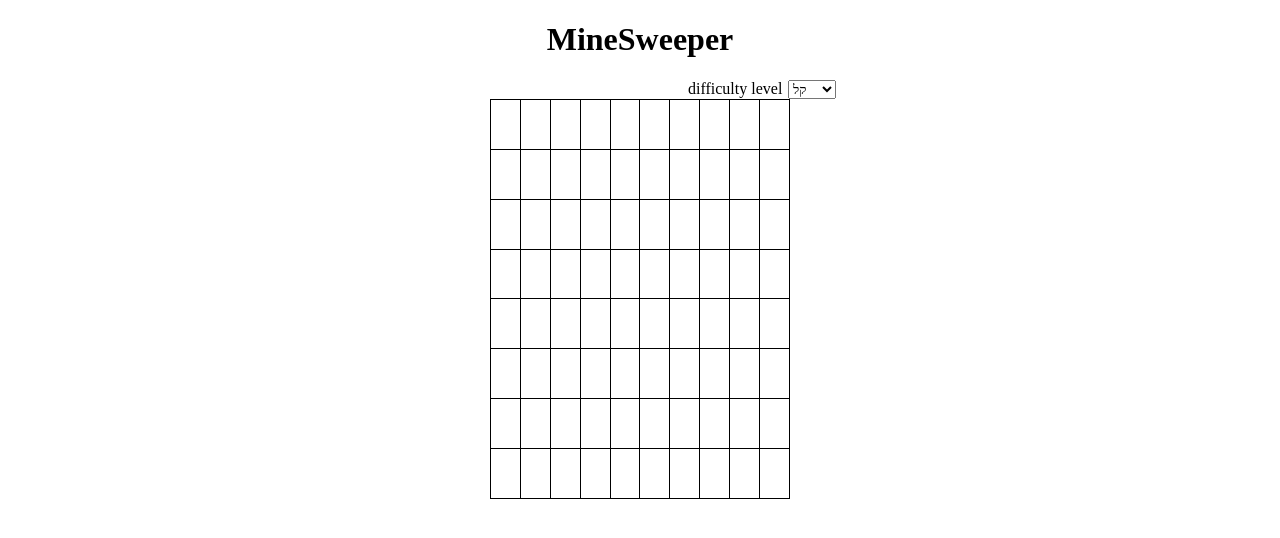
Repository: issaRan/MineSweeper
Page: html/index.html
These files come from the project's save history. The page is drawn as it stood at one moment and after the next save; the edit follows.
The browser window is 1280 px wide. The pictures show the whole page.

Above is the page before, as saved 2020-10-20 17:47:03.

### html/index.html
<!DOCTYPE html>
<html lang="en">
<head>
    <meta charset="UTF-8">
    <meta name="viewport" content="width=device-width, initial-scale=1.0">
    <title>MineSweeper</title>
    <link rel="stylesheet" href="../css/styles.css">
    <script src="../js/index.js"></script>
</head>
<body>
    <h1>MineSweeper</h1>
    <div>
        <label for="levels">difficulty level</label>
        <select id="level" onchange="initliazeBoard()">
        <option value="easy">קל</option>
        <option value="medium">בינוני</option>
        <option value="hard">קשה</option>
        </select>
    </div>
        <table id="board" class="center" style="height: 400px; width: 300px;">
            <tr>
              <td></td>
              <td></td>
              <td></td>
              <td></td>
              <td></td>
              <td></td>
              <td></td>
              <td></td>
              <td></td>
              <td></td>
            </tr>
            <tr>
              <td></td>
              <td></td>
              <td></td>
              <td></td>
              <td></td>
              <td></td>
              <td></td>
              <td></td>
              <td></td>
              <td></td>
            </tr>
            <tr>
              <td></td>
              <td></td>
              <td></td>
              <td></td>
              <td></td>
              <td></td>
              <td></td>
              <td></td>
              <td></td>
              <td></td>
            </tr>
            <tr>
              <td></td>
              <td></td>
              <td></td>
              <td></td>
              <td></td>
              <td></td>
              <td></td>
              <td></td>
              <td></td>
              <td></td>
            </tr>
            <tr>
              <td></td>
              <td></td>
              <td></td>
              <td></td>
              <td></td>
              <td></td>
              <td></td>
              <td></td>
              <td></td>
              <td></td>
            </tr>
            <tr>
              <td></td>
              <td></td>
              <td></td>
              <td></td>
              <td></td>
              <td></td>
              <td></td>
              <td></td>
              <td></td>
              <td></td>
            </tr>
            <tr>
              <td></td>
              <td></td>
              <td></td>
              <td></td>
              <td></td>
              <td></td>
              <td></td>
              <td></td>
              <td></td>
              <td></td>
            </tr>
            <tr>
              <td></td>
              <td></td>
              <td></td>
              <td></td>
              <td></td>
              <td></td>
              <td></td>
              <td></td>
              <td></td>
              <td></td>
            </tr>
          </table>
</body>
</html>

### css/styles.css
h1{
    text-align: center;
}
select {
    font-family: "Times New Roman", Times, serif;
    margin-left: 780px;
}
label {
    font-family: "Times New Roman", Times, serif;
    position: absolute;
    margin-left: 680px;
}
.center {
    margin-left: auto;
    margin-right: auto;
}
table, th, td {
    border: 1px solid black;
    border-collapse: collapse;
  }

### js/index.js
var BoardSize = {
    row: 0,col:0
}

function initlizeBoardSize(difficulty){
    console.log(difficulty)
    if (difficulty == 'easy'){BoardSize.row = 8,BoardSize.col = 10}
    if (difficulty == 'meduim'){BoardSize.row = 14,BoardSize.col = 18}
    else{BoardSize.row = 20,BoardSize.col=24}
}
function initliazeBoard(){
    initlizeBoardSize(document.getElementById("level").value);

}

function createBoard(){

}

After the next save:
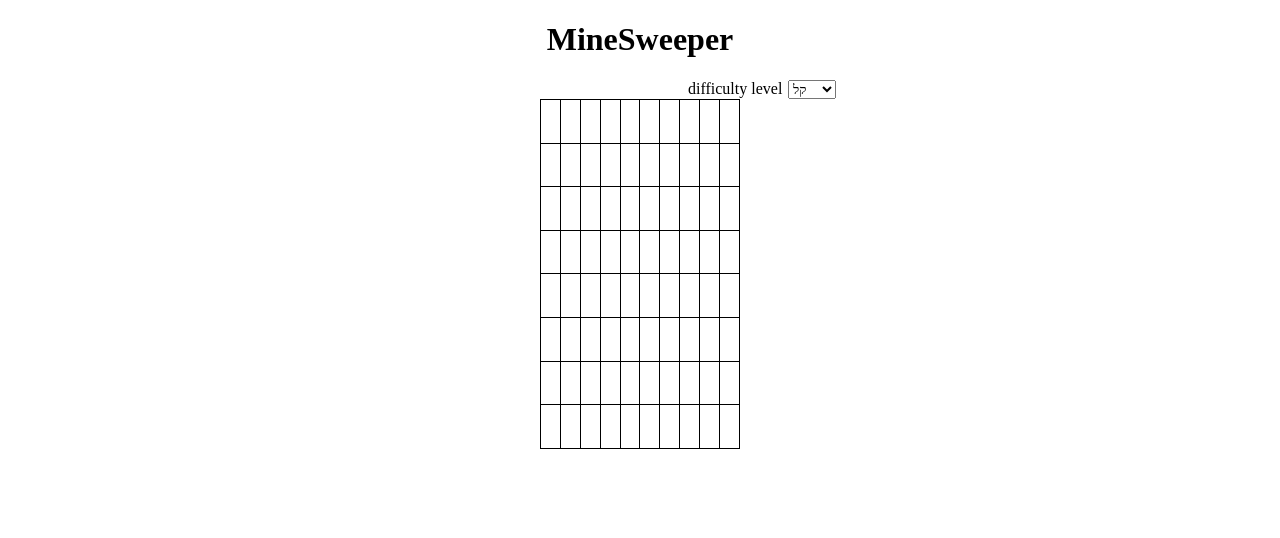
Saved 23 s later.
--- a/html/index.html
+++ b/html/index.html
@@ -17,7 +17,7 @@
         <option value="hard">קשה</option>
         </select>
     </div>
-        <table id="board" class="center" style="height: 400px; width: 300px;">
+        <table id="board" class="center" style="height: 350px; width: 200px;">
             <tr>
               <td></td>
               <td></td>
